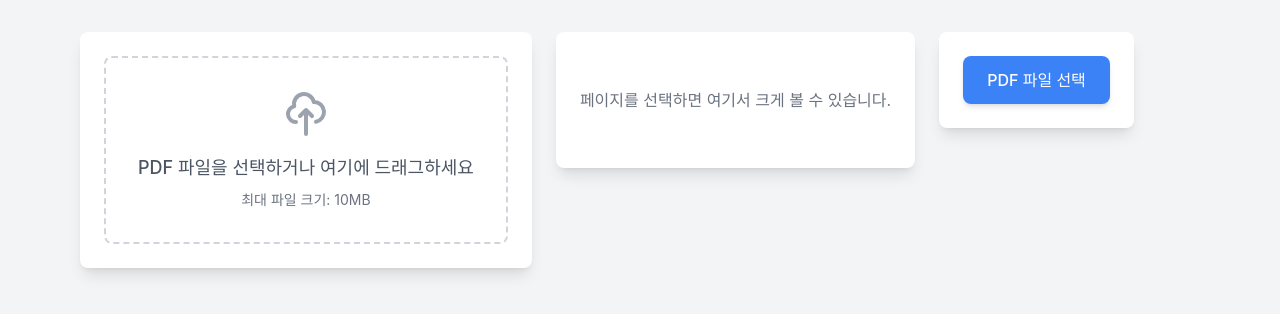
Repository: orcaCrew/PDF-Handler
Page: /
An editor plug-in stored every save of this project. The page is shown before and after the next save, followed by the edit.
The browser window is 1280 px wide. The pictures show the whole page.
The project was rebuilt for these pictures with package versions that can differ from the ones it lists, and the page was loaded fresh each time.

Above is the page before, as saved 2025-07-18 16:31:47.

After the next save:
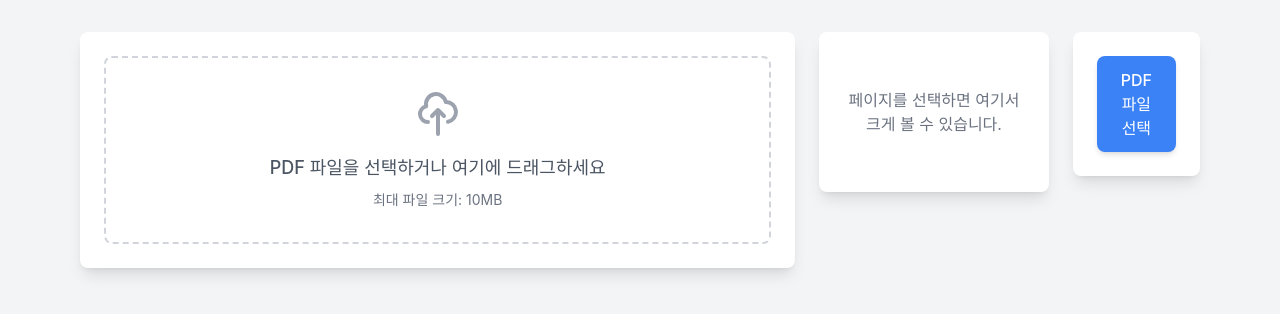
Saved 66 s later.
--- a/src/App.js
+++ b/src/App.js
@@ -91,7 +91,7 @@
       <div className="max-w-6xl mx-auto px-4 space-y-6">
         <div className="flex flex-col lg:flex-row gap-6">
           {/* 미리보기 영역 */}
-          <div className="lg:w-4/10">
+          <div className="w-full lg:w-4/10">
             <div className="bg-white rounded-lg shadow-lg p-6">
               {file ? (
                 <div className="space-y-6">

After the save that followed:
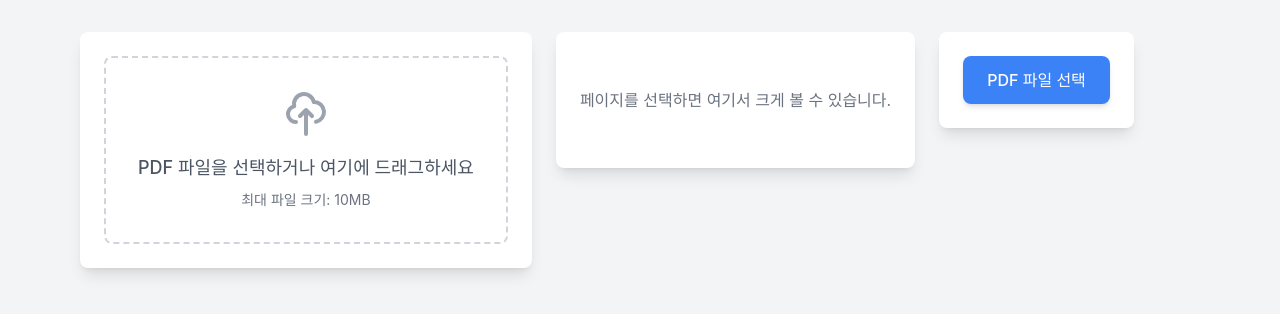
Saved 12 s later.
--- a/src/App.js
+++ b/src/App.js
@@ -91,7 +91,7 @@
       <div className="max-w-6xl mx-auto px-4 space-y-6">
         <div className="flex flex-col lg:flex-row gap-6">
           {/* 미리보기 영역 */}
-          <div className="w-full lg:w-4/10">
+          <div className="lg:w-4/10">
             <div className="bg-white rounded-lg shadow-lg p-6">
               {file ? (
                 <div className="space-y-6">
